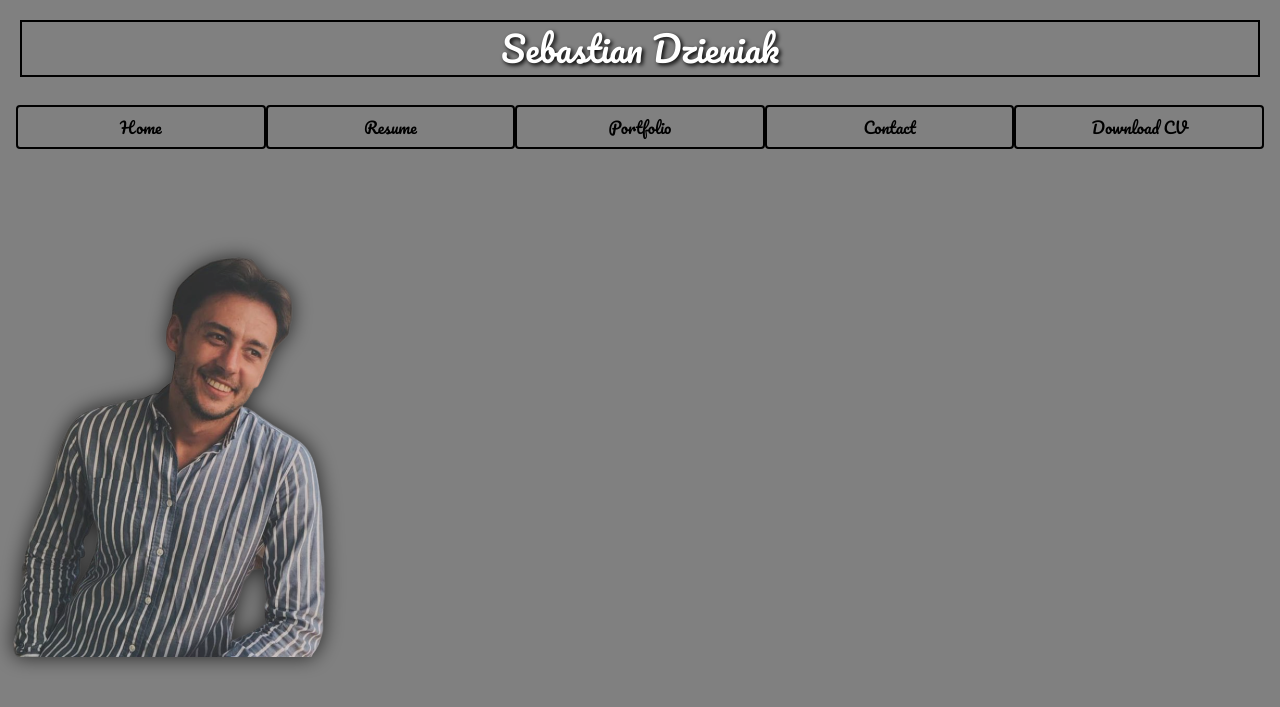
Repository: Code-Institute-Submissions/sebson1990-portfolio.sebastian
Page: index.html
The author's editor kept a record of every edit. The page is drawn from the files as they stood at one moment, then again after the next edit.
The browser window is 1280 px wide. The pictures show the whole page.

Above is the page before.

After the next edit:
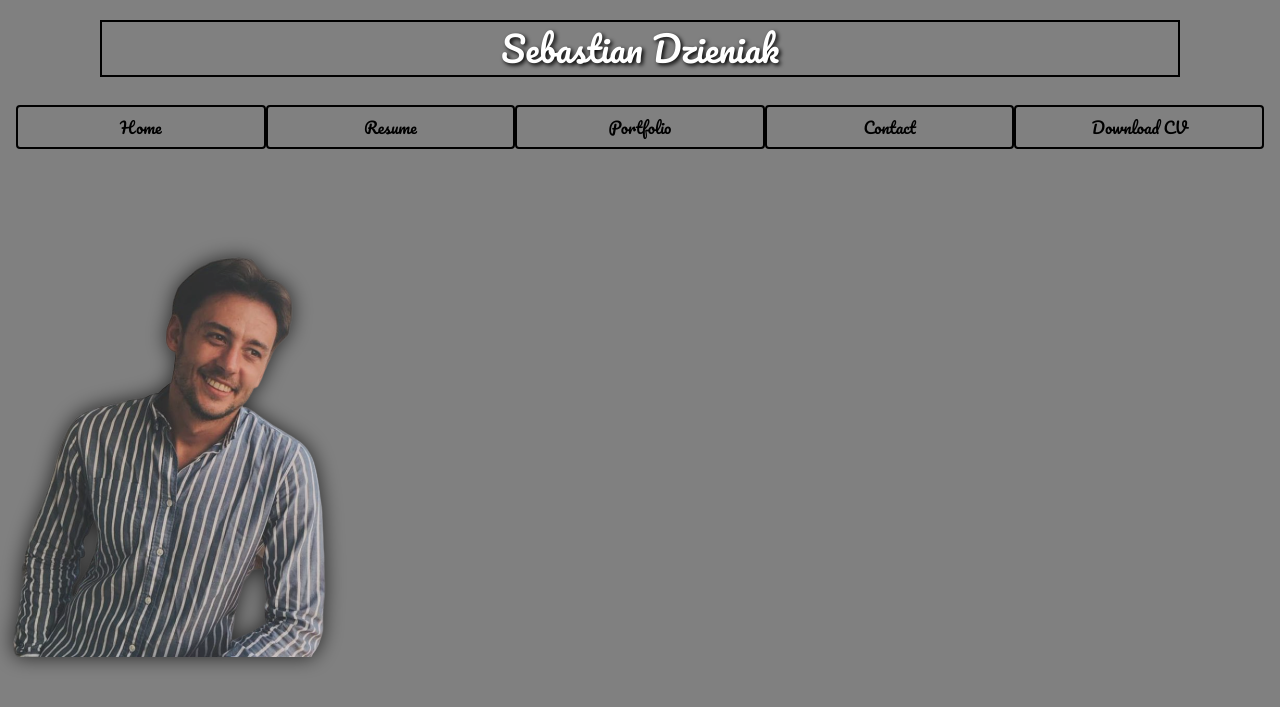
The edit:
--- a/css/style.css
+++ b/css/style.css
@@ -7,7 +7,10 @@
     font-family: 'Pacifico', sans-serif;
     font-weight: 400;
     text-shadow: 2px 2px 4px #000000;
-    margin: 20px;
+    margin-top: 20px;
+    margin-bottom: 20px;
+    margin-left: 100px;
+    margin-right: 100px;
     padding-left: 300px;
     padding-right: 300px;
     border: 2px solid black;
